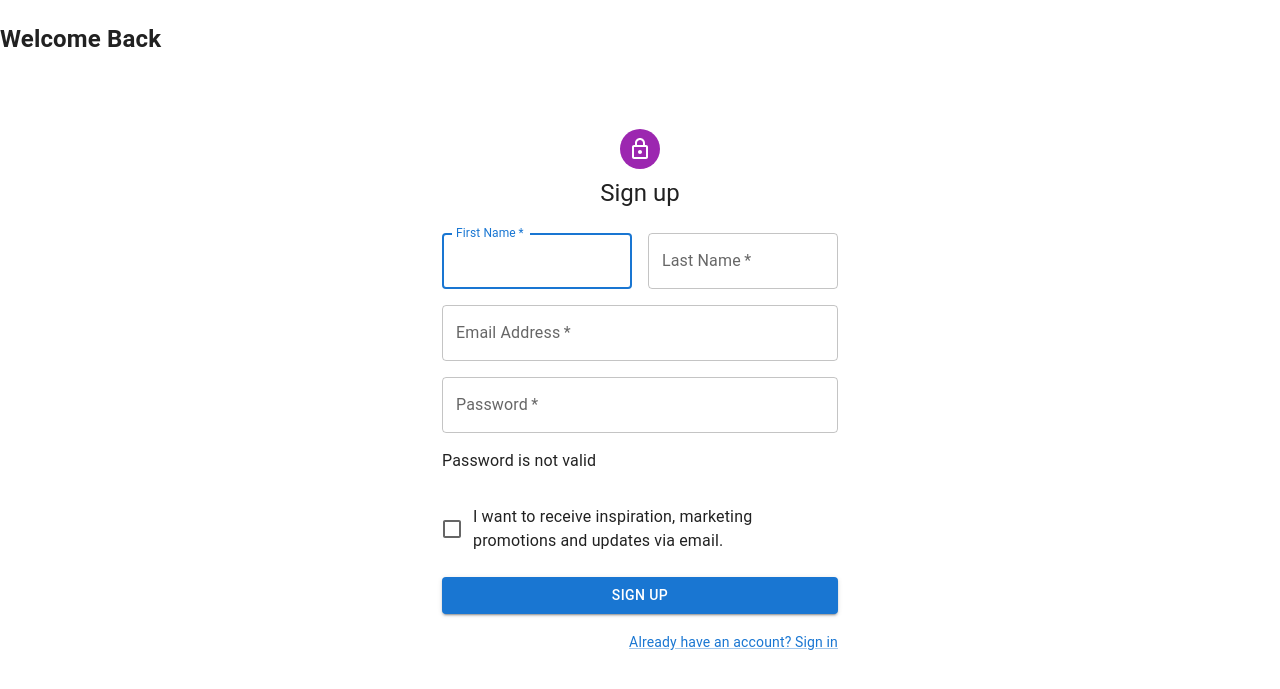
Repository: NGHIAVN1/Note
Page: /
An editor plug-in stored every save of this project. The page is shown before and after the next save, followed by the edit.
The browser window is 1280 px wide. The pictures show the whole page.
The project was rebuilt for these pictures with package versions that can differ from the ones it lists, and the page was loaded fresh each time. Also part of the build but not shown: vite.config.js, src/Pet.jsx, src/useBreedList.jsx, src/SearchParams.jsx.

Above is the page before, as saved 2024-03-05 16:33:37.

After the next save:
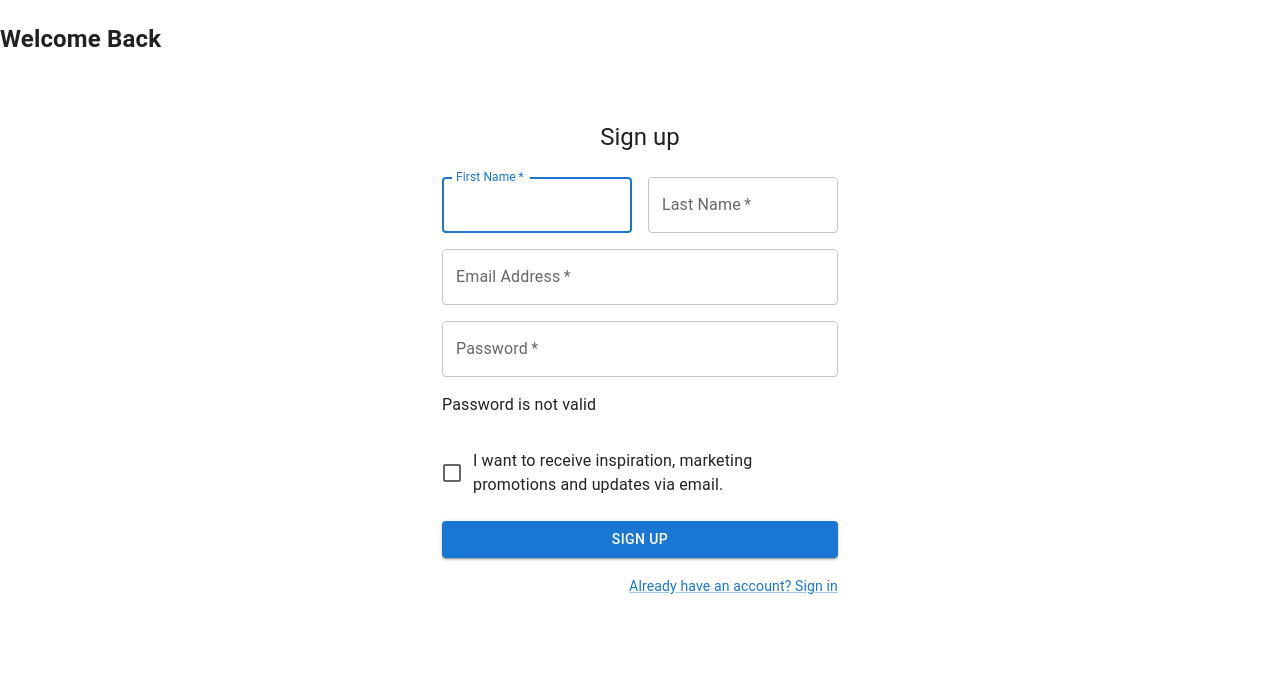
Saved 64 s later.
--- a/src/Register.jsx
+++ b/src/Register.jsx
@@ -44,9 +44,6 @@ export default function RegisterUser() {
             alignItems: "center",
           }}
         >
-          <Avatar sx={{ m: 1, bgcolor: "secondary.main" }}>
-            <LockOutlinedIcon />
-          </Avatar>
           <Typography component="h1" variant="h5">
             Sign up
           </Typography>
